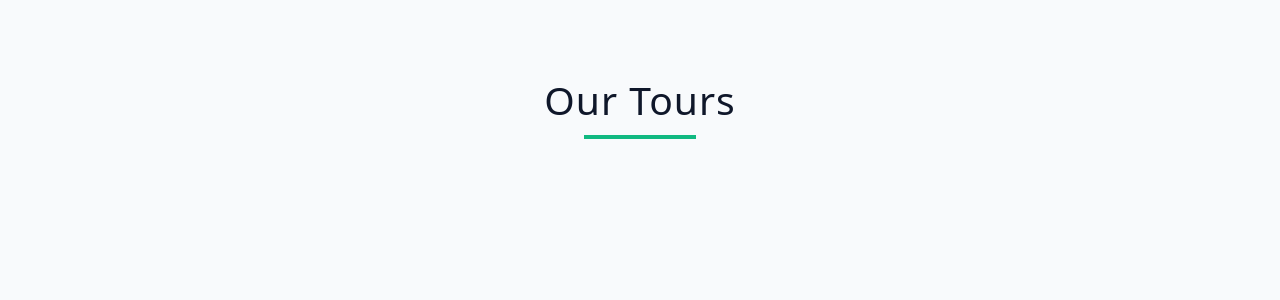
Repository: dydals3440/React-Projects
Page: / (app in 04-fundamental-projects/02-tours/starter/)
An editor plug-in stored every save of this project. The page is shown before and after the next save, followed by the edit.
The browser window is 1280 px wide. The pictures show the whole page.
The page's requests for data from a server got no answer. The project was rebuilt for these pictures with package versions that can differ from the ones it lists, and the page was loaded fresh each time. No one was signed in, and anything a server would have sent is missing. Also part of the build but not shown: 04-fundamental-projects/02-tours/starter/vite.config.js, 04-fundamental-projects/02-tours/starter/src/Tour.jsx.

Above is the page before, as saved 2023-09-03 03:00:50.

After the next save:
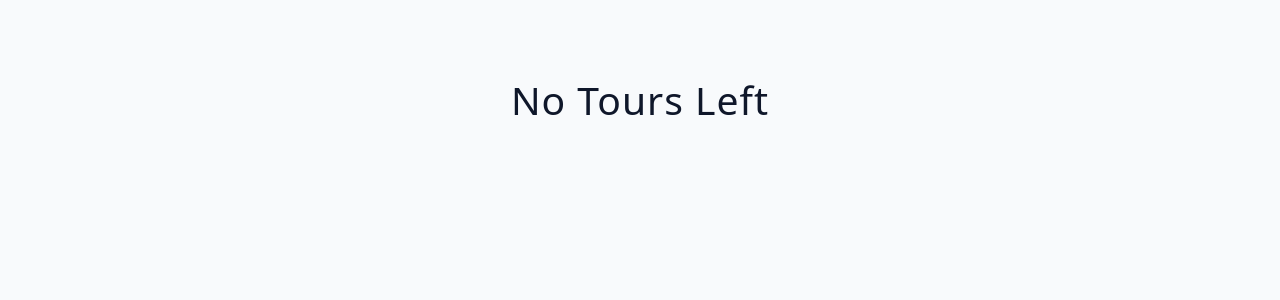
Saved 16 s later.
--- a/04-fundamental-projects/02-tours/starter/src/App.jsx
+++ b/04-fundamental-projects/02-tours/starter/src/App.jsx
@@ -38,11 +38,19 @@ const App = () => {
     );
   }
   // TODO
-  if (tours.length === 0)
+  if (tours.length === 0) {
     return (
       <main>
-        <Tours tours={tours} removeTour={removeTour} />
+        <div className='title'>
+          <h2>No Tours Left</h2>
+        </div>
       </main>
     );
+  }
+  return (
+    <main>
+      <Tours tours={tours} removeTour={removeTour} />
+    </main>
+  );
 };
 export default App;
